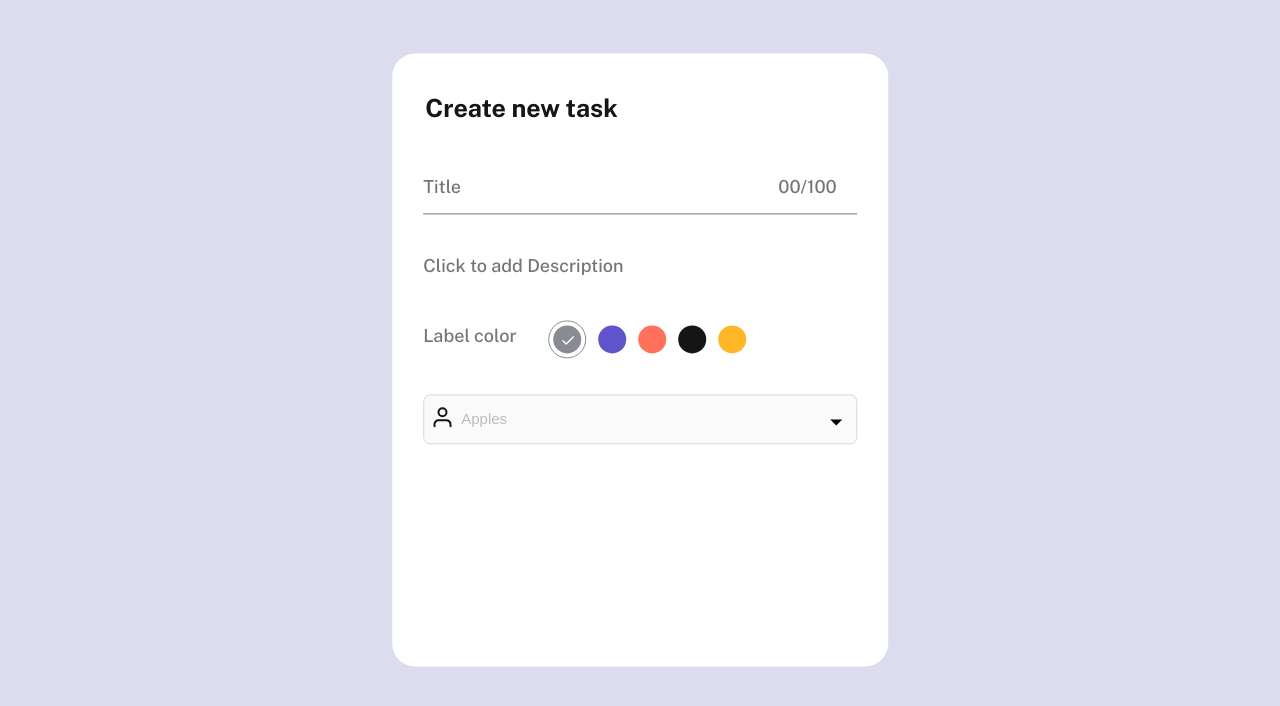
Repository: MorgunovaAlexandra/verstka-form
Page: index.html
An editor plug-in stored every save of this project. The page is shown before and after a run of saves, followed by the edit.
The browser window is 1280 px wide. The pictures show the whole page.
The style sheet was rebuilt from its Sass, Less or Tailwind sources for each picture, by a compiler version that may differ from the author's.

Above is the page before, as saved 2022-06-24 14:26:58.

### index.html
<!DOCTYPE html>
<html lang="ru">
<head>
    <meta charset="UTF-8">
    <meta http-equiv="X-UA-Compatible" content="IE=edge">
    <meta name="viewport" content="width=device-width, initial-scale=1.0">
    <link rel="stylesheet" href="./css/style.css">
    <title>Document</title>
</head>
<body>
    <div class="wrapper">
       <form class="form">

           <div class="fieldset">
            <legend><b>Create new task</b></legend>
            <div class="form__container __container">
            <div class="text-field">
                <input class="text-field__input" type="text" name="firstname" id="firstname"
                >
                <label class="text-field__label" for="username">Title</label>
                <label class="text-field__label2" for="username">00/100</label>
              </div>
              <div class="form-field__text">Click to add Description</div>
              <div class="form-fied__color field-color">
                  <div class="field-color__text">Label color</div>
                  <div class="field-color__color circle">
                      <div class="circle__border">
                          <div class="circle__color grey">
                              <img class="circle__img" src="./img/done.svg">
                          </div>
                      </div>
                      <div class="circle__color purple"></div>
                      <div class="circle__color red"></div>
                      <div class="circle__color black"></div>
                      <div class="circle__color yellow"></div>
                  </div>
              </div>
              <div class="form-field__select">
                  <div class="select__arrow">
                    <select name="select-category" id="" class="select">
                        <option value="1">Apples</option>
                        <option value="2">Bananas</option>
                        <option value="3">Grapes</option>
                      </select>
                  </div>
              </div>
              </div>
           </div>
        </form>
    </div>
</body>
</html>

### scss/style.scss
@import "variables";
@import "mixins";
@import url('https://fonts.googleapis.com/css2?family=Public+Sans:wght@500;700&display=swap');
body {
   background-color: $ColorBody;
   font-family:$fontFamily ;
   font-weight: $fontWaight;
   line-height: $lineHeight;
   font-size: $fontSize;
   color:$ColorGrey;
}
.__container{
    padding-left: 31px;
    padding-right: 31px;
}
.form{
    width: 495.55px;
    height: 613.21px;
    background-color: white;
    border-radius: 23px;
     box-sizing: border-box;
    position: fixed; top: 50%; left: 50%;
    -webkit-transform: translate(-50%, -50%);
    -ms-transform: translate(-50%, -50%);
    transform: translate(-50%, -50%);
}
legend{
    margin-top: 40px;
    margin-left: 31px;
    font-weight: 700;
    font-size: 25px;
    color:$ColorBlack;
}
.text-field{
    position: relative;
    display: flex;
    justify-content: center;
    margin-top: 46px;
    margin-bottom: 36px;

}
.text-field__input{
    width: 100%;
    height: 40px;
    border: none;
    border-bottom: 1px solid $ColorGrey ;

    }
.text-field__label{
   position: absolute;
   left: 0px;

}
.text-field__label2{
    position: absolute;
    right: 20px;
}
.form-field__text{
    margin-bottom: 38px;
}
.form-fied__color{
    display: flex;
    justify-content: flex-start;
    margin-bottom: 36px;
}
.field-color__text{
margin-right: 32px;
}
.field-color__color{
    display: flex;
   align-items: center;
}

.circle__border{
    position: relative;
    width: 36px;
    height: 36px;
    border-radius: 50%;
    border: 1px solid #878C93;
}
.grey{
    position: absolute;
    width: 28px;
    height: 28px;
    top:4px;
    left: 4px;
    border-color: #878C93;
    border-radius: 50%;
    z-index: 30;

    background-color:
    #878C93;
}
.circle__img{
    position: absolute;
    top:10px;
    left: 8px;
}
.circle__color{
    width: 28px;
    height: 28px;
    border-radius: 50%;
    margin-right:12px ;
}
.purple{
    background-color: #6153CC;
    margin-left: 12px;
}
.red{
    background-color:#FF715B;
}
.black{
    background-color:$ColorBlack;
}
.yellow{
    background-color:#FFB627;
    margin-right:0px ;
}
.select{
    appearance: none;
    border: 1px solid #566789;
    opacity: 26%;
    width: 100%;
    height: 50px;
    border-radius: 7px;
    cursor: pointer;
    padding-left: 37px;
    padding-top: 15px;
    padding-bottom: 16px;
    padding-right: 35px;
    font-size: 15px;

}
.select__arrow{
    position: relative;
}
.select__arrow::after{
content: "";
position: absolute;
top:50%;
right: 15px;
transform: translateY(-50%);
display: block;
width: 12px;
height: 6px;

pointer-events: none;

width: 0;
height: 0;
border-style: solid;
border-width: 6px 6px 0 6px;
border-color: #000000 transparent transparent transparent;
border-style: inset;
-webkit-transform:rotate(360deg);


}
.select__arrow::before{
content: "";
position: absolute;
top:20%;
left: 7px;
background: no-repeat url("../img/user.svg");
width: 34px;
height: 30px;
display: block;
z-index: 44;

}

### scss/variables.scss
$bgColor: green;
$fontFamily:'Public Sans', sans-serif;
$fontWaight:500;
$fontSize:18px;
$lineHeight:31.86px;
$ColorBody:#DBDCEE;
$ColorBlack:#151515;
$ColorGrey:#757575;

Loaded but not shown: scss/mixins.scss (no stored copy; drawn as an empty file)

After the next 4 saves:
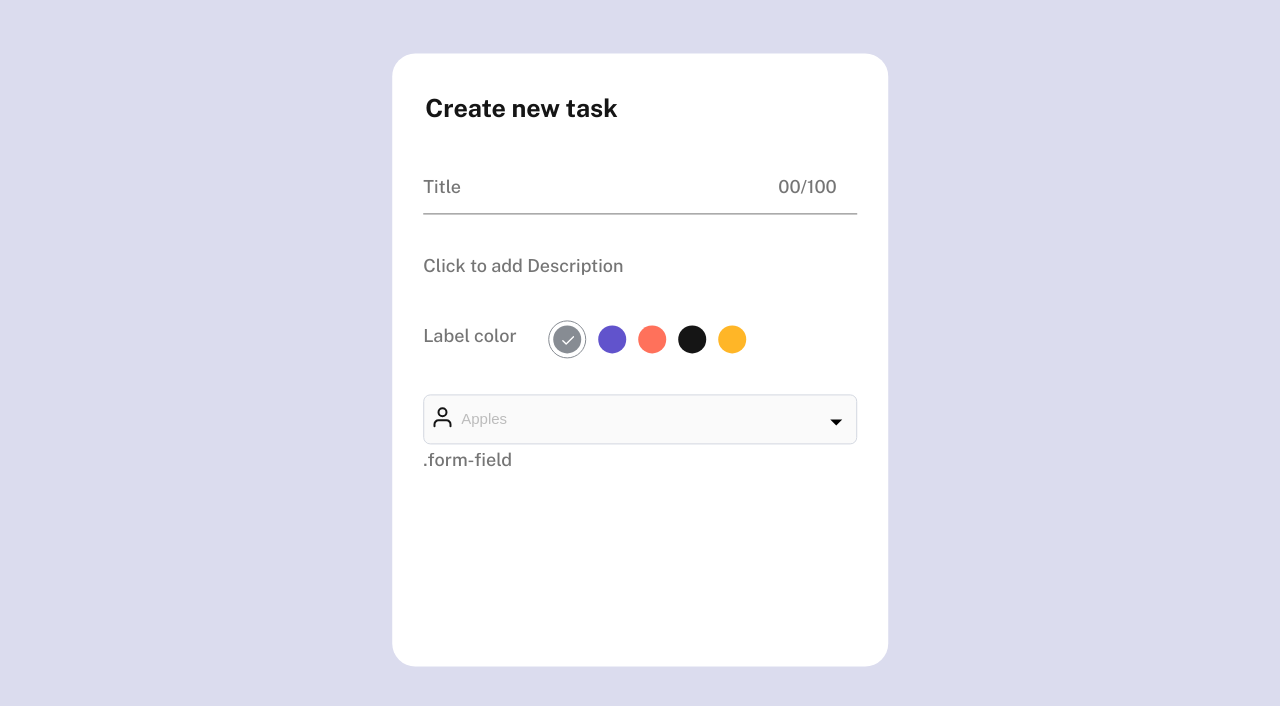
The 4 saves are shown as one change because they came seconds apart.
The last was saved 27 min 4 s later.
--- a/index.html
+++ b/index.html
@@ -44,6 +44,7 @@
                       </select>
                   </div>
               </div>
+              .form-field
               </div>
            </div>
         </form>

After the 3 saves that followed:
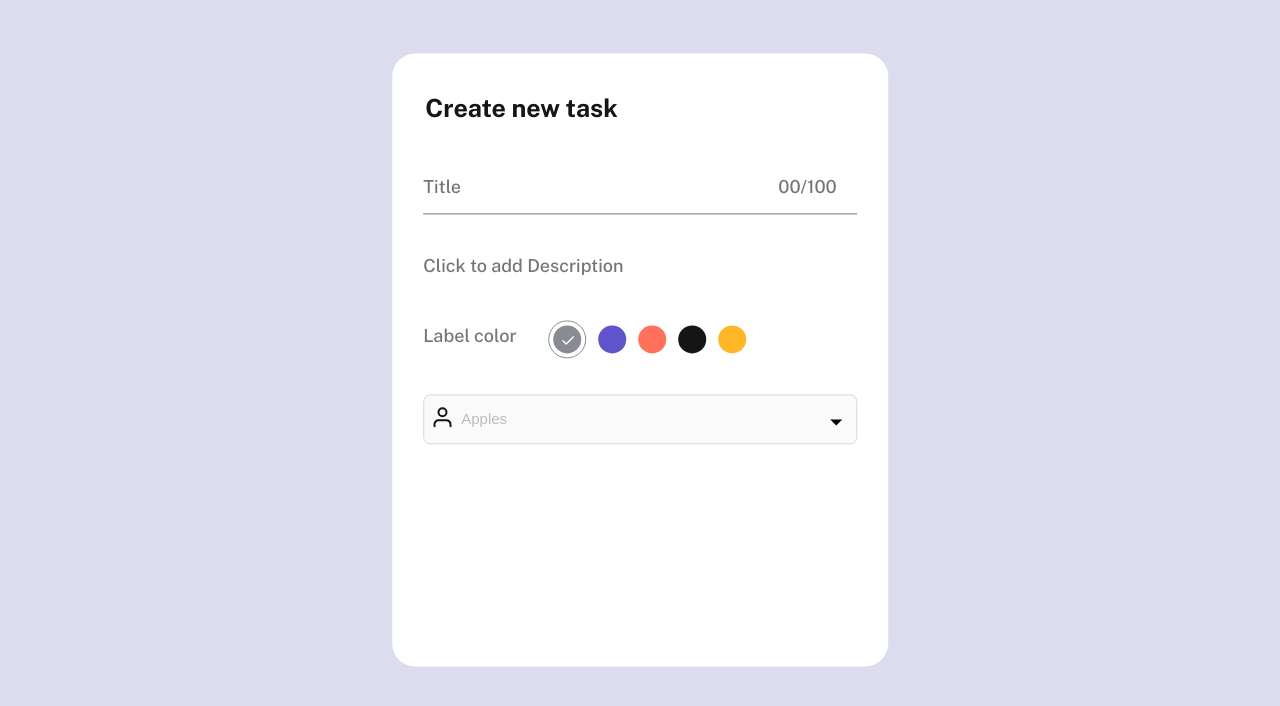
The 3 saves are shown as one change because they came seconds apart.
The last was saved 9 s later.
--- a/index.html
+++ b/index.html
@@ -44,7 +44,9 @@
                       </select>
                   </div>
               </div>
-              .form-field
+              <div class="form-field__data">
+
+              </div>
               </div>
            </div>
         </form>
